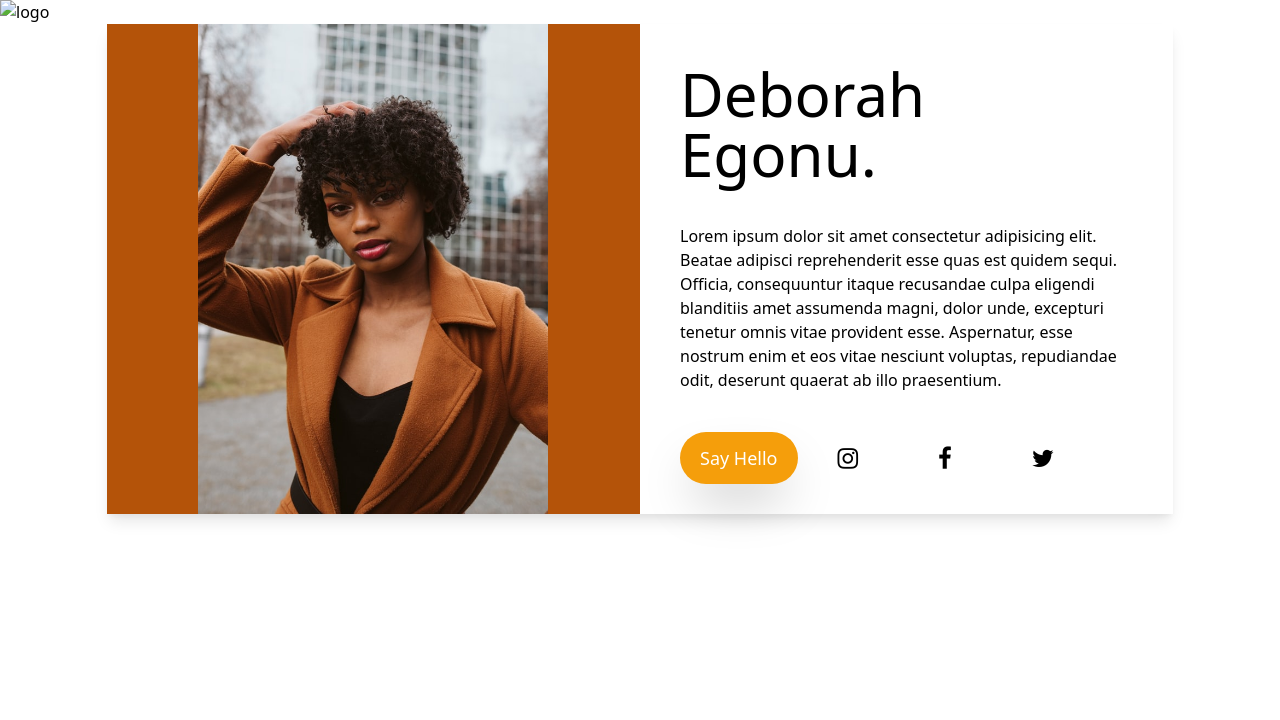
Repository: latenightsnacc/giggles
Page: HTML/user.html
The author's editor kept a copy of each file at every save. The page is drawn from the files as they stood at one save, then again after the next save.
The browser window is 1280 px wide. The pictures show the whole page.
Some web libraries are served in a nearby version.

Above is the page before, as saved 2021-01-01 16:38:33.

### HTML/user.html
<!DOCTYPE html>
<html lang="en">
<head>
    <meta charset="UTF-8">
    <meta name="viewport" content="width=device-width, initial-scale=1.0">
    <link href="https://cdnjs.cloudflare.com/ajax/libs/tailwindcss/2.0.2/tailwind.min.css" rel="stylesheet">
    <link rel="stylesheet" href="https://stackpath.bootstrapcdn.com/font-awesome/4.7.0/css/font-awesome.min.css" />

    <title>User Page</title>
</head>
<body class="bg-grey-600 h-screen">
    <div class="container-md">
        <a href="#">
            <img src="#" alt="logo">
        </a>
    </div>
    <div class="wrapper flex flex-col justify-center items-center w-100 ">
        <div class="w-5/6 flex shadow-lg h-auto bg-grey-300 border-blue-50">
            <div class="w-1/2 bg-yellow-700 h-full flex justify-center">
                <img src="assets/userDp.jpg" width="350px" />
            </div>

            <div class="w-1/2 bg-grey-50 h-full px-10">
                <h1 class="text-6xl bold my-10">Deborah </br> Egonu.</h1>
                <p class="my-10">Lorem ipsum dolor sit amet consectetur adipisicing elit. Beatae adipisci reprehenderit esse quas est quidem sequi. Officia, consequuntur itaque recusandae culpa eligendi blanditiis amet assumenda magni, dolor unde, excepturi tenetur omnis vitae provident esse. Aspernatur, esse nostrum enim et eos vitae nesciunt voluptas, repudiandae odit, deserunt quaerat ab illo praesentium.</p>
                <div class="w-100 flex space-around items-center">
                    <button class="bg-yellow-500 py-3 px-5 text-white semi-bold text-lg shadow-2xl rounded-full hover:bg-yellow-700">Say Hello</button>
                    <a href="#" class="text-2xl mx-10">
                        <i class="fa fa-instagram "></i>
                    </a>
                    <a href="#" class="text-2xl mx-10">
                        <i class="fa fa-facebook "></i>
                    </a>
                    <a href="#" class="text-2xl mx-10">
                        <i class="fa fa-twitter"></i>
                    </a>

                </div>
            </div>

        </div>
    </div>
</body>
</html>

After the next save:
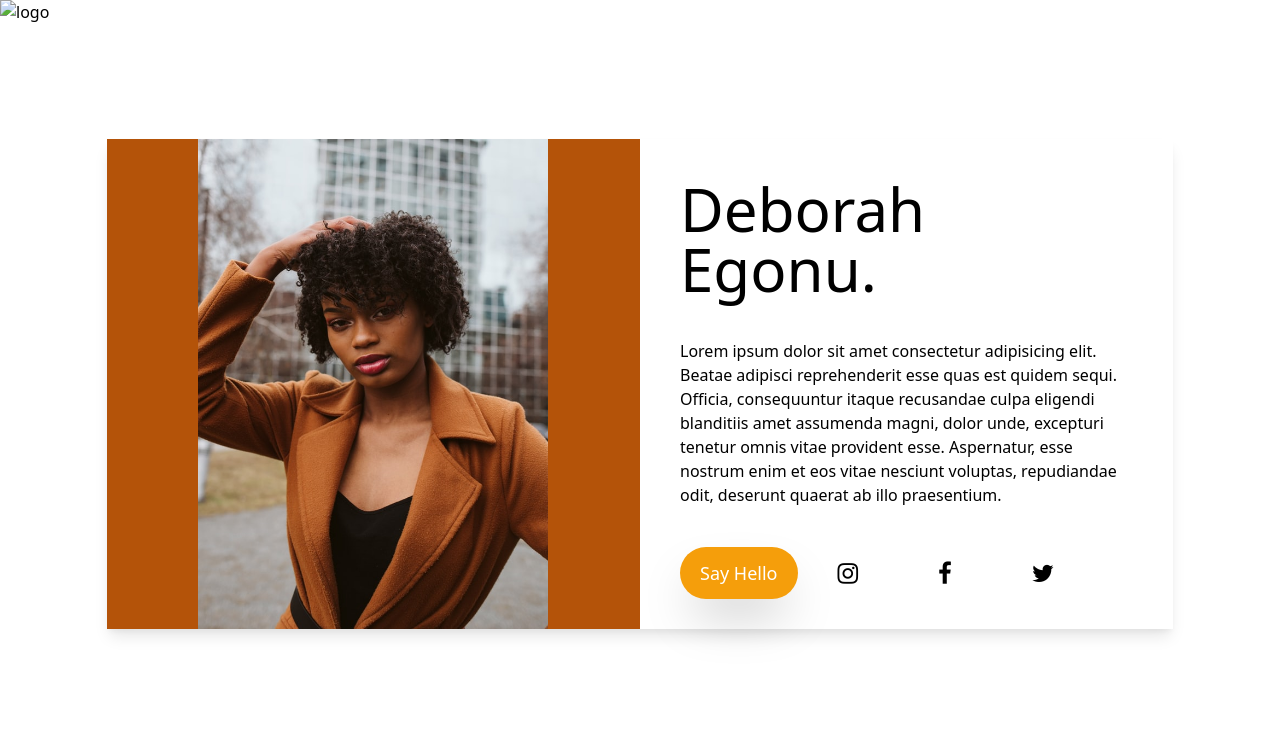
Saved 50 s later.
--- a/HTML/user.html
+++ b/HTML/user.html
@@ -8,13 +8,13 @@
 
     <title>User Page</title>
 </head>
-<body class="bg-grey-600 h-screen">
+<body class="bg-grey-600 ">
     <div class="container-md">
         <a href="#">
             <img src="#" alt="logo">
         </a>
     </div>
-    <div class="wrapper flex flex-col justify-center items-center w-100 ">
+    <div class="wrapper flex flex-col justify-center items-center w-100 h-screen ">
         <div class="w-5/6 flex shadow-lg h-auto bg-grey-300 border-blue-50">
             <div class="w-1/2 bg-yellow-700 h-full flex justify-center">
                 <img src="assets/userDp.jpg" width="350px" />
